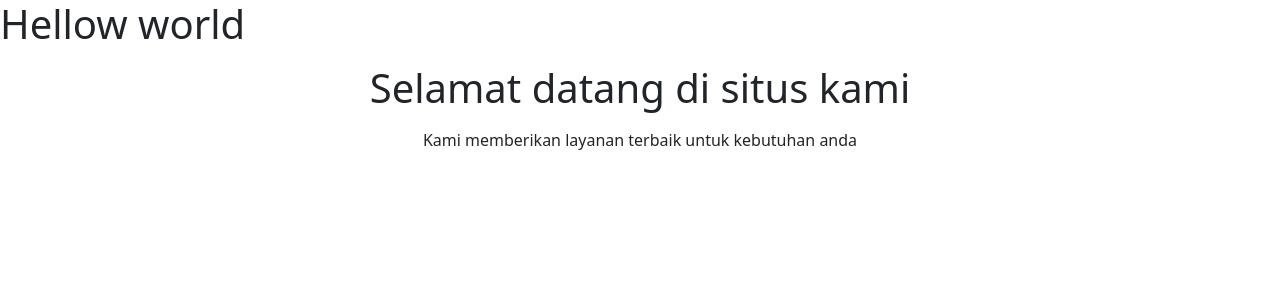
Repository: aryowisang/mbg
Page: latihan-24.html
An editor plug-in stored every save of this project. The page is shown before and after a run of saves, followed by the edit.
The browser window is 1280 px wide. The pictures show the whole page.

Above is the page before, as saved 2026-04-30 13:58:22.

After the next 2 saves:
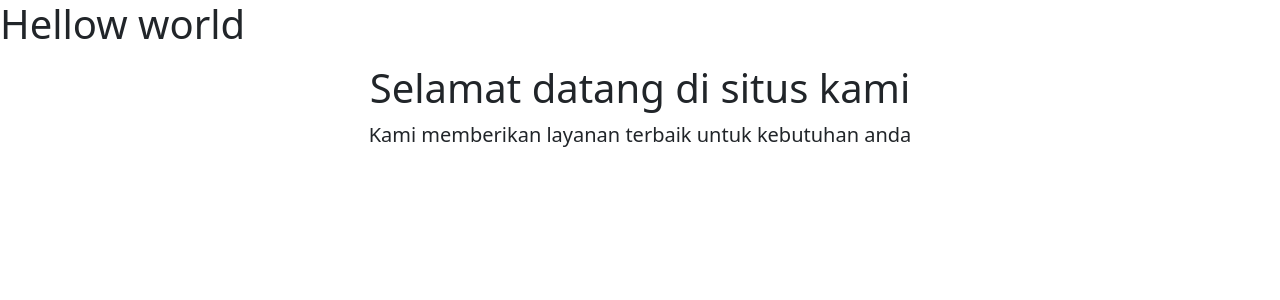
The 2 saves are shown as one change because they came seconds apart.
The last was saved 25 s later.
--- a/latihan-24.html
+++ b/latihan-24.html
@@ -12,7 +12,7 @@
     <section id="hero" class="hero text-center">
         <p class="container fade-line-up">
             <h1>Selamat datang di situs kami</h1>
-            <p class="lead"></p>Kami memberikan layanan terbaik untuk kebutuhan anda</p>
+            <Kami class="lead">Kami memberikan layanan terbaik untuk kebutuhan anda</p>
     </section>
 </body>
 </html>
